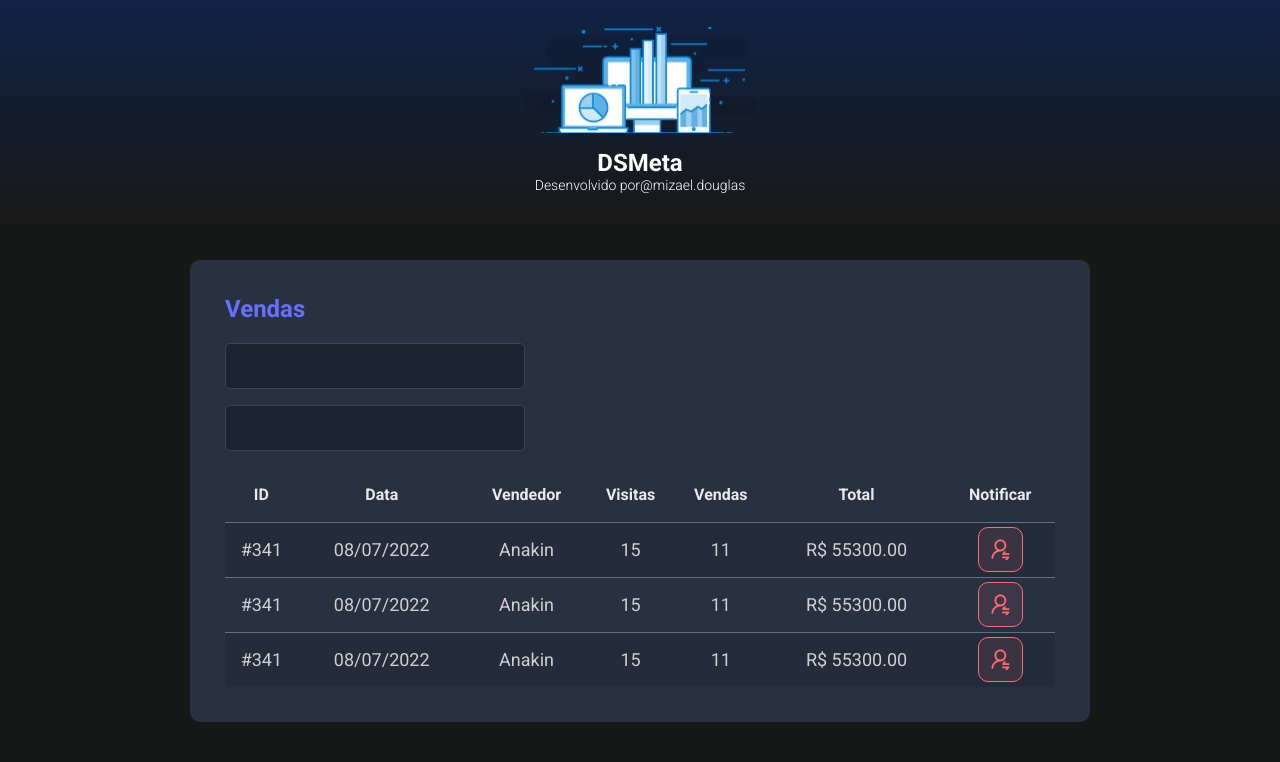
Repository: Mizaeldouglas/ds-Meta
Page: / (app in frontend/)
These files come from the project's save history. The page is drawn as it stood at one moment and after the next save; the edit follows.
The browser window is 1280 px wide. The pictures show the whole page.
The project was rebuilt for these pictures with package versions that can differ from the ones it lists, and the page was loaded fresh each time. Also part of the build but not shown: frontend/vite.config.ts.

Above is the page before, as saved 2022-07-11 11:27:23.

### frontend/src/App.tsx
import Header from "./components/Header";
import NotificationButton from "./components/NotificationButton";
import SalesCard from "./components/SalesCard";

function App() {
  return (
    <>
      <Header />
      <main>
        <section id="sales">
          <div className="dsmeta-container">
			<SalesCard />
		  </div>
        </section>
      </main>
    </>
  );
}

export default App;

### frontend/src/index.css
@import url("https://fonts.googleapis.com/css2?family=Roboto:wght@300;400;700&display=swap");

* {
  font-family: "Roboto", sans-serif;
  box-sizing: border-box;
  margin: 0;
  padding: 0;
}

body,
html {
  background-color: #171818;
  color: #fff;
}

a,
a:hover,
a:visited {
  color: unset;
  text-decoration: none;
}
.dsmeta-container {
	width: 100%;
	max-width: 900px;
	margin: 0 auto;
  }

  #sales {
	padding: 40px 10px;
  }

### frontend/src/components/Header/index.tsx
import "./styles.css";
import logo from "../../assets/img/logo.svg";

function Header() {
  return (
    <header>
      <div className="dsmeta-logo-container">
        <img src={logo} alt="DSMeta" />
        <h1>DSMeta</h1>
        <p>
          Desenvolvido por
          <a href="https://www.instagram.com/mizael.douglas">@mizael.douglas</a>
        </p>
      </div>
    </header>
  );
}

export default Header;

### frontend/src/components/SalesCard/index.tsx
import NotificationButton from "../NotificationButton";
import "./styles.css";

export default function SalesCard() {
  return (
    <div className="dsmeta-card">
      <h2 className="dsmeta-sales-title">Vendas</h2>
      <div>
        <div className="dsmeta-form-control-container">
          <input className="dsmeta-form-control" type="text" />
        </div>
        <div className="dsmeta-form-control-container">
          <input className="dsmeta-form-control" type="text" />
        </div>
      </div>

      <div>
        <table className="dsmeta-sales-table">
          <thead>
            <tr>
              <th className="show992">ID</th>
              <th className="show576">Data</th>
              <th>Vendedor</th>
              <th className="show992">Visitas</th>
              <th className="show992">Vendas</th>
              <th>Total</th>
              <th>Notificar</th>
            </tr>
          </thead>
          <tbody>
            <tr>
              <td className="show992">#341</td>
              <td className="show576">08/07/2022</td>
              <td>Anakin</td>
              <td className="show992">15</td>
              <td className="show992">11</td>
              <td>R$ 55300.00</td>
              <td>
                <div className="dsmeta-red-btn-container">
				<NotificationButton />
                </div>
              </td>
            </tr>
            <tr>
              <td className="show992">#341</td>
              <td className="show576">08/07/2022</td>
              <td>Anakin</td>
              <td className="show992">15</td>
              <td className="show992">11</td>
              <td>R$ 55300.00</td>
              <td>
                <div className="dsmeta-red-btn-container">
				<NotificationButton />
                </div>
              </td>
            </tr>
            <tr>
              <td className="show992">#341</td>
              <td className="show576">08/07/2022</td>
              <td>Anakin</td>
              <td className="show992">15</td>
              <td className="show992">11</td>
              <td>R$ 55300.00</td>
              <td>
                <div className="dsmeta-red-btn-container">
				<NotificationButton />
                </div>
              </td>
            </tr>
          </tbody>
        </table>
      </div>
    </div>
  );
}

### frontend/src/components/Header/styles.css
header {
	background: linear-gradient(180deg, #102347 0%, #181818 100%);
	height: 220px;
	display: flex;
	align-items: center;
	justify-content: center;
  }

  .dsmeta-logo-container {
	display: flex;
	flex-direction: column;
	align-items: center;
  }

  .dsmeta-logo-container img {
	width: 235px;
  }

  .dsmeta-logo-container h1 {
	margin-top: 15px;
	font-size: 24px;
  }

  .dsmeta-logo-container p {
	font-size: 14px;
	font-weight: 300;
  }

### frontend/src/components/NotificationButton/index.tsx
import icon from '../../assets/img/notification-icon.svg'
import './styles.css'

function NotificationButton() {
  return (
    <div className="dsmeta-red-btn">
      <img src={icon} alt="Notificar" />
    </div>
  );
}

export default NotificationButton;

### frontend/src/components/SalesCard/styles.css
.dsmeta-card {
  background-color: #283142;
  border-radius: 10px;
  padding: 30px 10px;
}

.dsmeta-sales-title {
  color: #676fff;
  font-size: 24px;
  margin-bottom: 20px;
}

.dsmeta-form-control-container {
  margin-bottom: 16px;
  max-width: 300px;
}

.dsmeta-form-control {
  width: 100%;
  height: 46px;
  background-color: #1b2531;
  border: 1px solid #384459;
  border-radius: 5px;
  color: #9aaabe;
  padding: 0 20px;
  font-size: 18px;
}

.dsmeta-sales-table {
  width: 100%;
  border-spacing: 0;
  border-collapse: collapse;
}

.dsmeta-sales-table thead {
  height: 55px;
  font-size: 16px;
  color: #e9e9e9;
  font-weight: 700;
}

.dsmeta-sales-table tbody {
  font-size: 14px;
  font-weight: 400;
  color: #cfcfcf;
  text-align: center;
}

.dsmeta-sales-table tbody tr {
  height: 74px;
  border-top: 1px solid #5f6e82;
}

.dsmeta-sales-table tbody tr:hover > td {
  background-color: #384459;
}

.dsmeta-sales-table tbody tr:nth-child(odd) {
  background-color: #242c3b;
}

.dsmeta-red-btn-container {
  display: flex;
  justify-content: center;
}
.show576 {
  display: none;
}

.show992 {
  display: none;
}

@media (min-width: 576px) {
  .show576 {
    display: table-cell;
  }

  .dsmeta-card {
    padding: 35px;
  }

  .dsmeta-sales-table tbody tr {
    height: 55px;
  }

  .dsmeta-sales-table tbody {
    font-size: 18px;
  }
}

@media (min-width: 992px) {
  .show992 {
    display: table-cell;
  }
}

### frontend/src/components/NotificationButton/styles.css
.dsmeta-red-btn {
	height: 45px;
	width: 45px;
	background: rgba(255, 107, 114, 0.1);
	border: 1px solid #ff6b72;
	border-radius: 10px;
	display: flex;
	align-items: center;
	justify-content: center;
	cursor: pointer;
  }

  .dsmeta-red-btn img {
	  width: 19px;
  }

Loaded but not shown: frontend/index.html (common file); frontend/src/main.tsx (common file)

After the next save:
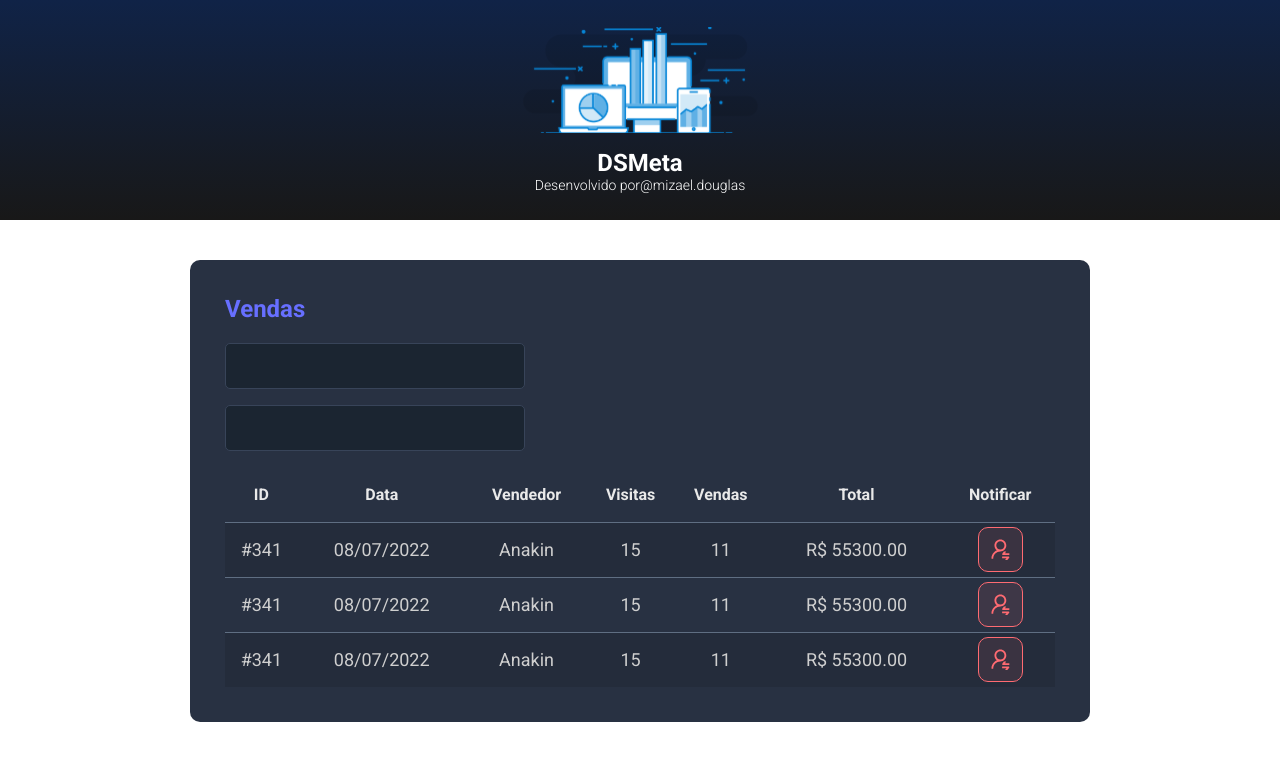
Saved 111 s later.
--- a/frontend/src/index.css
+++ b/frontend/src/index.css
@@ -9,7 +9,8 @@
 
 body,
 html {
-  background-color: #171818;
+  /* background-color: #171818; */
+  background-color: linear-gradient(#171818, #000);
   color: #fff;
 }
 
